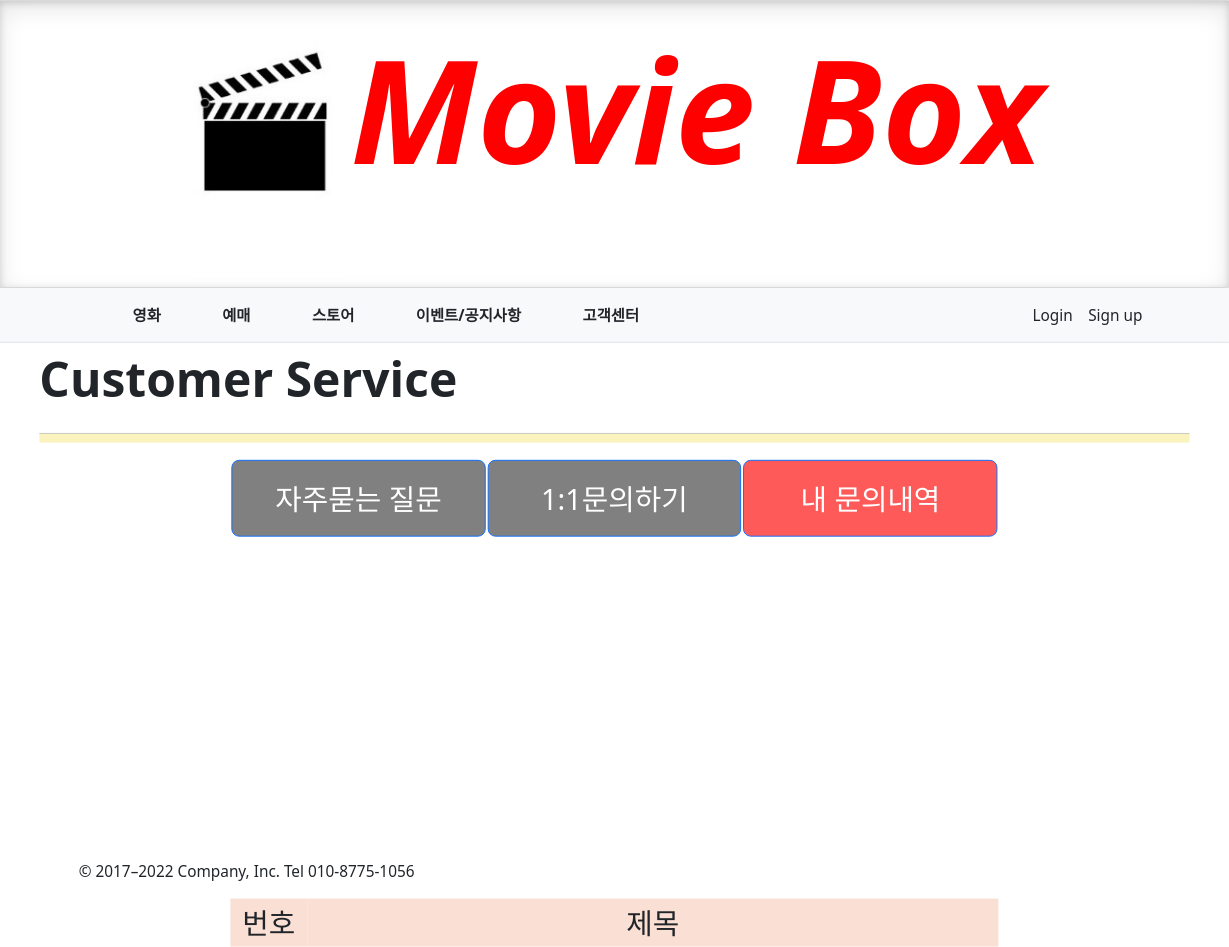
Repository: SpearManCN/MovieBox-2nd-Project-
Page: http://localhost/prj_01/WEB-INF/views/serviceQnAList.jsp
An editor plug-in stored every save of this project. The page is shown before and after the next save, followed by the edit.
The browser window is 1280 px wide. The pictures show the whole page, at 96% of full size.
The page is served by Tomcat 9. Nobody is signed in. Other server files are loaded and not shown. The template is opened directly, without the code that normally fills it, so the values that code supplies are empty.

Above is the page before, as saved 2022-12-23 11:58:55.

### Second project/prj_01/src/main/webapp/WEB-INF/views/serviceQnAList.jsp
<%@ page language="java" contentType="text/html; charset=UTF-8"
    pageEncoding="UTF-8"%>
        <%@taglib prefix="c" uri="http://java.sun.com/jsp/jstl/core" %>
<!DOCTYPE html>
<html>
<head>
<meta name="viewport" content="width=device-width, initial-scale=1">
<meta charset="UTF-8">
<link href="https://cdn.jsdelivr.net/npm/bootstrap@5.2.3/dist/css/bootstrap.min.css" rel="stylesheet" integrity="sha384-rbsA2VBKQhggwzxH7pPCaAqO46MgnOM80zW1RWuH61DGLwZJEdK2Kadq2F9CUG65" crossorigin="anonymous">
<script>
	function goServiceForm(){document.goForm.action="/serviceForm.do"; document.goForm.submit();}
	function goQnA(){document.goForm.action="/serviceQnA.do"; document.goForm.submit();}
	function goQnAList(){document.goForm.action="/serviceQnAList.do"; document.goForm.submit();}

</script>



</head>
<body>
<%@include file="/WEB-INF/views/commonHeader.jsp" %>
<form name="goForm" method="post"></form>



<center>
<table width="1200px">
	<tr>
	<td align="left"><span style="font-size:50px; font-weight:bold;">Customer Service</span>
	<tr>
	<td><hr style="height:10px; background-color:#EDD200;">
	<tr>
</table>
</center>

<table align="center" width="800px">
	<tr>
	<td width="220px"><button onclick="goServiceForm();" type="button" class="btn btn-primary btn-lg" style="width:100%; height:80px; background-color:gray;">
	<span style="font-size:30px; ">자주묻는 질문</span></button></td>

	<td width="220px"><button onclick="goQnA();" type="button" class="btn btn-primary btn-lg" style="width:100%; height:80px; background-color:gray;">
	<span style="font-size:30px; font-weight:;">1:1문의하기</span></button></td>

	<td width="220px"><button onclick="goQnAList();" type="button" class="btn btn-primary btn-lg" style="width:100%; height:80px; background-color:#FF5A5A;">
	<span style="font-size:30px; font-weight:;">내 문의내역</span></button></td>

	</tr>
	<tr>
	</tr>

</table>







<table align="center" width="800px" style="background-color:">
<tr align="center" style="background-color:#FAE0D4;">
<td width="10%" height="50px" style="font-size:30px;">번호</td>
<td width="90%" style="font-size:30px;">제목</td>
<tr align="center" style="background-color:#FFF2E6;">

<c:forEach  var="list" items="${requestScope.info}" varStatus="loopTagStatus">
<tr style="background-color:#FFFFF6; cursor:pointer" onclick="goDetail('${list.NO}')" >
<td width="" align="center" style="font-size:30px;">${list.NO +1}</td>
<td width="" align="center" style="font-size:30px;">${list.TITLE }</td>


</c:forEach>














<%@include file="/WEB-INF/views/commonFooter.jsp" %>
</body>
</html>

### Second project/prj_01/src/main/webapp/WEB-INF/views/commonHeader.jsp
<%@ page language="java" contentType="text/html; charset=UTF-8"
    pageEncoding="UTF-8"%>



<script src="/js/jquery-1.11.0.min.js"></script>
<script>
function goLogin(){document.commonForm.action="/loginForm.do";document.commonForm.submit(); }
function goLoginJoin(){document.commonForm.action="/loginJoinForm.do";document.commonForm.submit();}
function goMyPage(){document.commonForm.action="/myPageHome.do";document.commonForm.submit(); }
function goMainForm(){document.commonForm.action="/mainForm.do";document.commonForm.submit(); }
function goLogout(){
	if(confirm("로그아웃 하시겠습니까?")){
		document.commonForm.action="/logout.do";document.commonForm.submit();
	}

	 }

</script>

<form name="commonForm" method="post"></form>
<div style="height:300px; background-color: white; border-width: 1px 0;
        box-shadow: inset 0 .5em 1.5em rgba(0, 0, 0, .1), inset 0 .125em .5em rgba(0, 0, 0, .15);         border: solid rgba(0, 0, 0, .15);
        border-width: 1px 0;" class="b-example-divider" align="center" >

 <span style="cursor:pointer" onclick="goMainForm();"><img src="resources/img/movieBox2.jpg" >
 <Span  style="font-size: 150px; color:red; font-weight: bold ; font-style: italic;" >Movie Box</Span>

 </span></div>

  <nav class="py-2 bg-light border-bottom">
    <div class="container d-flex flex-wrap">
      <ul class="nav me-auto">
      <li class="nav-item">&emsp;&emsp;&emsp;</li>
        <li class="nav-item"><a href="movieHome.do" class="nav-link link-dark px-2 active" aria-current="page" style="font-weight: bold ;" >영화</a></li>
         <li class="nav-item">&emsp;&emsp;&emsp;</li>
        <li class="nav-item"><a href="reserveForm.do" class="nav-link link-dark px-2" style="font-weight: bold ;">예매</a></li>
         <li class="nav-item">&emsp;&emsp;&emsp;</li>
        <li class="nav-item"><a href="/storeForm.do" class="nav-link link-dark px-2" style="font-weight: bold ;">스토어</a></li>
         <li class="nav-item">&emsp;&emsp;&emsp;</li>
        <li class="nav-item"><a href="/eventForm.do" class="nav-link link-dark px-2" style="font-weight: bold ;">이벤트/공지사항</a></li>
          <li class="nav-item">&emsp;&emsp;&emsp;</li>
        <li class="nav-item"><a href="/serviceForm.do" class="nav-link link-dark px-2" style="font-weight: bold ;">고객센터</a></li>

       </ul>
      <ul class="nav">

      		<%
      		if(session.getAttribute("memNo")==null){session.setAttribute("memNo",0);}
			int memNo = (int)session.getAttribute("memNo");
			if(memNo==0){	%>
        <li class="nav-item"><span class="nav-link link-dark px-2" style="cursor:pointer" onclick="goLogin();">Login</span></li>
			        <li class="nav-item"><span class="nav-link link-dark px-2" style="cursor:pointer" onclick="goLoginJoin();">Sign up</span></li>

			<%}else if(memNo==1){%>
			        <li class="nav-item"><span class="nav-link link-dark px-2" style="cursor:pointer" onclick="goAdmin();">AdminPage</span></li>

    				   <li class="nav-item"><span class="nav-link link-dark px-2" style="cursor:pointer" onclick="goLogout();">Logout</span></li>

			<%}else {%>
			      <li class="nav-item"><span class="nav-link link-dark px-2" style="cursor:pointer" onclick="goMyPage();">My Page</span></li>
    				   <li class="nav-item"><span class="nav-link link-dark px-2" style="cursor:pointer" onclick="goLogout();">Logout</span></li>
 				<%}
		%>






      </ul>
    </div>
  </nav>

### Second project/prj_01/src/main/webapp/WEB-INF/views/commonFooter.jsp
<%@ page language="java" contentType="text/html; charset=UTF-8"
    pageEncoding="UTF-8"%>
<!--====================================================================-->


<br>
<br><br><br><br><br><br><br><br><br><br><br>
<br><br>

  <footer class="container">
    <p class="float-end"></p>
    <p>&copy; 2017–2022 Company, Inc. Tel 010-8775-1056 </p>
  </footer>

<script src="https://cdn.jsdelivr.net/npm/bootstrap@5.2.3/dist/js/bootstrap.bundle.min.js" integrity="sha384-kenU1KFdBIe4zVF0s0G1M5b4hcpxyD9F7jL+jjXkk+Q2h455rYXK/7HAuoJl+0I4" crossorigin="anonymous"></script>

Loaded but not shown: Second project/prj_01/src/main/resources/static/js/jquery-1.11.0.min.js (library)

After the next save:
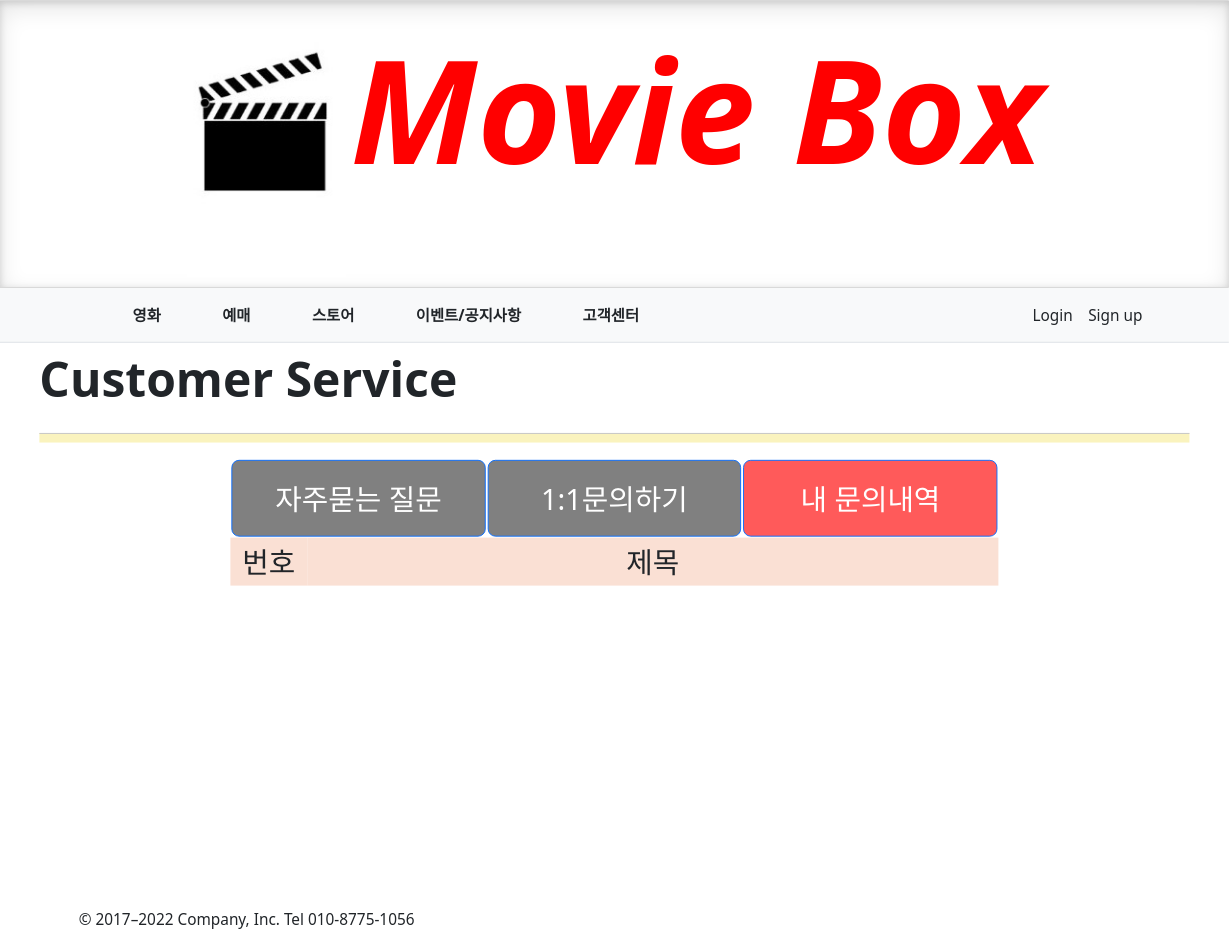
Saved 38 s later.
--- a/Second project/prj_01/src/main/webapp/WEB-INF/views/serviceQnAList.jsp
+++ b/Second project/prj_01/src/main/webapp/WEB-INF/views/serviceQnAList.jsp
@@ -72,7 +72,7 @@
 
 
 
-
+</table>
 
 
 
